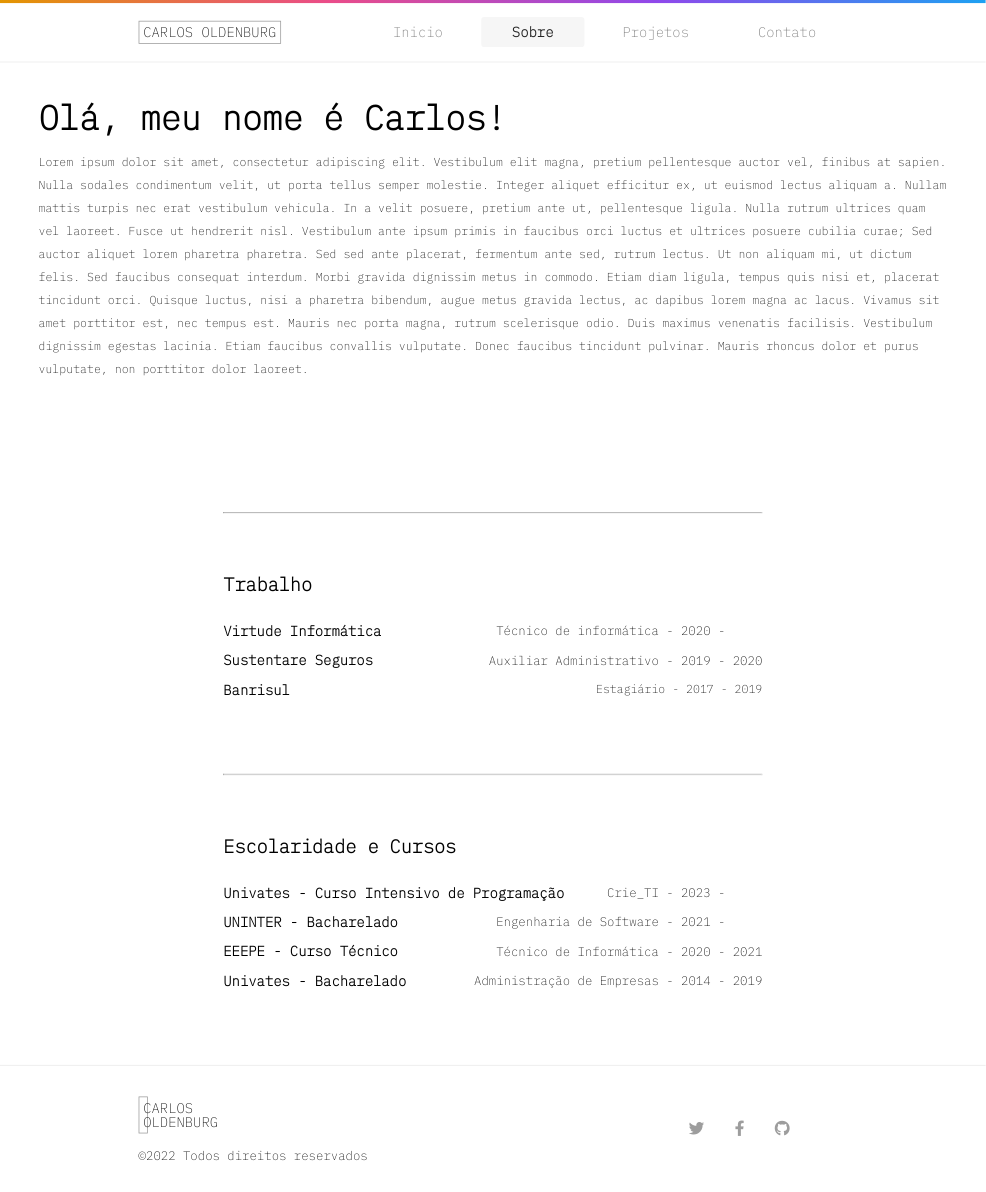
Repository: Carolden/PortfolioCrie
Page: sobre.html
These files come from the project's save history. The page is drawn as it stood at one moment and after the next save; the edit follows.
The browser window is 1280 px wide. The pictures show the whole page, at 77% of full size.

Above is the page before, as saved 2023-05-25 08:31:37.

### sobre.html
<!DOCTYPE html>
<html lang="pt-BR">
<head>
    <meta charset="UTF-8">
    <meta http-equiv="X-UA-Compatible" content="IE=edge">
    <meta name="viewport" content="width=device-width, initial-scale=1.0">
    <title>Carlos Eduardo Oldenburg</title>

    <link rel="stylesheet" href="styles/base/reset.css">
    <link rel="stylesheet" href="styles/base/body.css">
    <link rel="stylesheet" href="styles/layout/container.css">
    <link rel="stylesheet" href="styles/layout/footer.css">
    <link rel="stylesheet" href="styles/layout/header.css">
    <link rel="stylesheet" href="styles/layout/index__section.css">
    <link rel="stylesheet" href="styles/components/about__text.css">
    <link rel="stylesheet" href="styles/components/header__a.css">
    <link rel="stylesheet" href="styles/components/header__nav.css">
    <link rel="stylesheet" href="styles/components/hr.css">
    <link rel="stylesheet" href="styles/components/name__box.css">
    <link rel="stylesheet" href="styles/components/project__index.css">
    <link rel="stylesheet" href="styles/components/section__contact.css">
    <link rel="stylesheet" href="styles/components/section__image.css">
    <link rel="stylesheet" href="styles/components/section__p.css">
    <link rel="stylesheet" href="styles/components/section__title.css">
    <link rel="stylesheet" href="styles/components/work.css">
    <link rel="stylesheet" href="sobre.html">

    <link rel="preconnect" href="https://fonts.googleapis.com">
    <link rel="preconnect" href="https://fonts.gstatic.com" crossorigin>
    <link href="https://fonts.googleapis.com/css2?family=IBM+Plex+Mono:wght@200&family=Open+Sans:wght@800&display=swap" rel="stylesheet">
    <link rel="stylesheet" href="https://cdnjs.cloudflare.com/ajax/libs/font-awesome/6.4.0/css/all.min.css">

</head>
<body>

    <header class="header">

        <div class="name__container">
            <h2 class="name__box">CARLOS OLDENBURG</h2>
        </div>

        <nav class="header__nav">
            <a href="index.html" class="header__a">Inicio</a>
            <a href="sobre.html" class="header__a active"> Sobre</a>
            <a href="projetos.html" class="header__a">Projetos</a>
            <a href="#" class="header__a">Contato</a>
        </nav>

    </header>

    <section>

        <div class="about__text">

        <h1 class="section__title section--align">Olá, meu nome é Carlos!</h1>
        <p class="section__p about--p">Lorem ipsum dolor sit amet, consectetur adipiscing elit. Vestibulum elit magna, pretium pellentesque auctor vel, finibus at sapien. Nulla sodales condimentum velit, ut porta tellus semper molestie. Integer aliquet efficitur ex, ut euismod lectus aliquam a. Nullam mattis turpis nec erat vestibulum vehicula.

            In a velit posuere, pretium ante ut, pellentesque ligula. Nulla rutrum ultrices quam vel laoreet. Fusce ut hendrerit nisl. Vestibulum ante ipsum primis in faucibus orci luctus et ultrices posuere cubilia curae; Sed auctor aliquet lorem pharetra pharetra. Sed sed ante placerat, fermentum ante sed, rutrum lectus. Ut non aliquam mi, ut dictum felis.

            Sed faucibus consequat interdum. Morbi gravida dignissim metus in commodo. Etiam diam ligula, tempus quis nisi et, placerat tincidunt orci. Quisque luctus, nisi a pharetra bibendum, augue metus gravida lectus, ac dapibus lorem magna ac lacus. Vivamus sit amet porttitor est, nec tempus est.

            Mauris nec porta magna, rutrum scelerisque odio. Duis maximus venenatis facilisis. Vestibulum dignissim egestas lacinia. Etiam faucibus convallis vulputate. Donec faucibus tincidunt pulvinar. Mauris rhoncus dolor et purus vulputate, non porttitor dolor laoreet.</p>

        </div>

    </section>

    <hr class="hr">

    <section class="work">

        <h2 class="work__title">Trabalho</h2>

        <div class="work__container">
            <h3 class="work__subtitle">Virtude Informática</h3>
            <p>Técnico de informática   -   2020 -&emsp;&emsp;&emsp;</p>
        </div>

        <div class="work__container">
            <h3 class="work__subtitle">Sustentare Seguros</h3>
            <p>Auxiliar Administrativo   -   2019 - 2020</p>
        </div>

        <div class="work__container">
            <h3 class="work__subtitle">Banrisul</h3>
            <p class="work__p">Estagiário   -   2017 - 2019</p>
        </div>

    </section>

    <hr class="hr">

    <section class="work">

        <h2 class="work__title">Escolaridade e Cursos</h2>

        <div class="work__container">
            <h3 class="work__subtitle">Univates - Curso Intensivo de Programação</h3>
            <p>Crie_TI   -   2023 -&emsp;&emsp;&emsp;</p>
        </div>

        <div class="work__container">
            <h3 class="work__subtitle">UNINTER - Bacharelado</h3>
            <p>Engenharia de Software   -   2021 -&emsp;&emsp;&emsp;</p>
        </div>

        <div class="work__container">
            <h3 class="work__subtitle">EEEPE - Curso Técnico</h3>
            <p>Técnico de Informática   -   2020 - 2021</p>
        </div>

        <div class="work__container">
            <h3 class="work__subtitle">Univates - Bacharelado</h3>
            <p>Administração de Empresas   -   2014 - 2019</p>
        </div>

    </section>

    <footer class="footer">

        <div class="name__container footer__column">

            <h2 class="name__box name--footer">CARLOS OLDENBURG</h2>
            <p class="footer__p">©2022 Todos direitos reservados</p>

        </div>

        <div class="footer__column footer__icons">

            <i class="fa-brands fa-twitter contact__icon"></i>
            <i class="fa-brands fa-facebook-f contact__icon"></i>
            <i class="fa-brands fa-github contact__icon"></i>

        </div>

    </footer>

</body>
</html>

### styles/base/body.css
body {
    font-family: 'IBM Plex Mono', monospace;
    overflow-y: scroll;
}

### styles/layout/container.css
.container {
    padding: 0 290px 0 290px;
}

### styles/layout/footer.css
.footer {
    display: flex;
    box-sizing: border-box;
    align-items: center;
    border-top: 1px solid #EAEAEA;
    margin-top: 80px;
    align-items: center;
}

.name--footer {
    margin: 40px 550px 20px 180px;
}

footer p {
    margin: 0 0 40px 180px;
}

.footer__column {
    width: 50%;
}

.footer__icons {
    text-align: center;
}

### styles/layout/header.css
.header {
    display: flex;
    justify-content: space-between;
    height: 80px;
    width: 100%;
    left: 0px;
    top: 4px;
    border-radius: 0px;
    box-sizing: border-box;
    /* position: absolute; */
    align-items: center;
    border-top: 4px;
    border-image: linear-gradient(to right, #E39600, #EA4C89, #8F48EB, #1DA1F2) 1;
    border-style: solid;
}

### styles/layout/index__section.css
.index__section {
    display: flex;
    flex-direction: column;
    align-items: center;
    border-top: 1px solid #EAEAEA;
    padding: 80px 0 50px 0;
}

### styles/components/about__text.css
.about__text {
    /* display: flex; */
    /* padding: 80px 290px 0 290px; */
    padding: 50px;
    align-items: left;
    flex-direction: column;
    border-top: 1px solid #EAEAEA;
}

### styles/components/header__a.css
.header__a {
    padding: 40px;
    text-decoration: none;
    color: #6C6C6C;
    font-size: 18px;
}

.active {
    color: #242424;
    font-weight: 600;
    background: #F6F6F6;
    border-radius: 4px;
    padding-top: 8px;
    padding-bottom: 8px;
}

### styles/components/header__nav.css
.header__nav {
    margin-right: 180px;
}

### styles/components/hr.css
.hr {
    margin: 80px 290px 80px 290px;
    color: #EAEAEA;
}

### styles/components/name__box.css
.name__box {
    border: 1px solid #9D9D9D;
    padding: 5px;
    margin-left: 180px;
    font-size: 18px;
}

### styles/components/project__index.css
.project__h2 {
    padding-bottom: 80px;
    font-size: 24px;
    font-weight: 600;
}

.project__index {
    border: 1px solid #EAEAEA;
    margin: 0 290px 20px 290px;
    display: flex;
    background-color: #FAFAFA;
}

.project__icon {
    font-size: 80px;
    padding: 40px 20px 40px 40px;
    color: #E39600;
}

.project__h3 {
    font-size: 18px;
    font-weight: 600;
    padding: 40px 0 20px 20px;
}

.project__p {
    padding: 0 40px 40px 20px;
}

.icon--color--pink {
    color: #EA4C89;
}

### styles/components/section__contact.css
.section__contact {
    display: flex;
    margin: 0 280px 0 280px;
    align-items: center;
}

.contact__icon {
    padding: 15px;
    font-size: 20px;
    color: #9D9D9D;
}

.contact__button {
    text-decoration: none;
    padding-left: 15px;
    color: #363636;
    font-weight: 600;
    font-size: 15px;
    border: 1px solid #EAEAEA;
    border-radius: 20px;
    background: #FAFAFA;
    padding: 10px 15px;
    margin-left: 15px;
}

### styles/components/section__image.css
.section__image {
    width: 800px;
    height: 800px;
    padding: 40px 0 55px 0;

}

### styles/components/section__p.css
.section__p {
    font-size: 15px;
    font-weight: 400;
    line-height: 30px;
    letter-spacing: 0em;
    text-align: left;
    margin: 0 280px 0 280px;
}

.about--p {
    margin: 0;
    padding-bottom: 40px;
}

### styles/components/section__title.css
.section__title {
    font-size: 44px;
    font-weight: 600;
}

.section--align {
    text-align: left;
    padding-bottom: 20px;
}

### styles/components/work.css
.work__title {
    font-size: 24px;
    font-weight: 600;
    padding-bottom: 40px;
}

.work__container {
    display: flex;
    justify-content: space-between;
    padding-bottom: 20px;
}

.work {
    margin-left: 290px;
    margin-right: 290px;
}

.work__subtitle {
    font-size: 18px;
    font-weight: 600;
}

.work__p {
    font-size: 15px;
    font-weight: 400;
}

Loaded but not shown: styles/base/reset.css (common file)

After the next save:
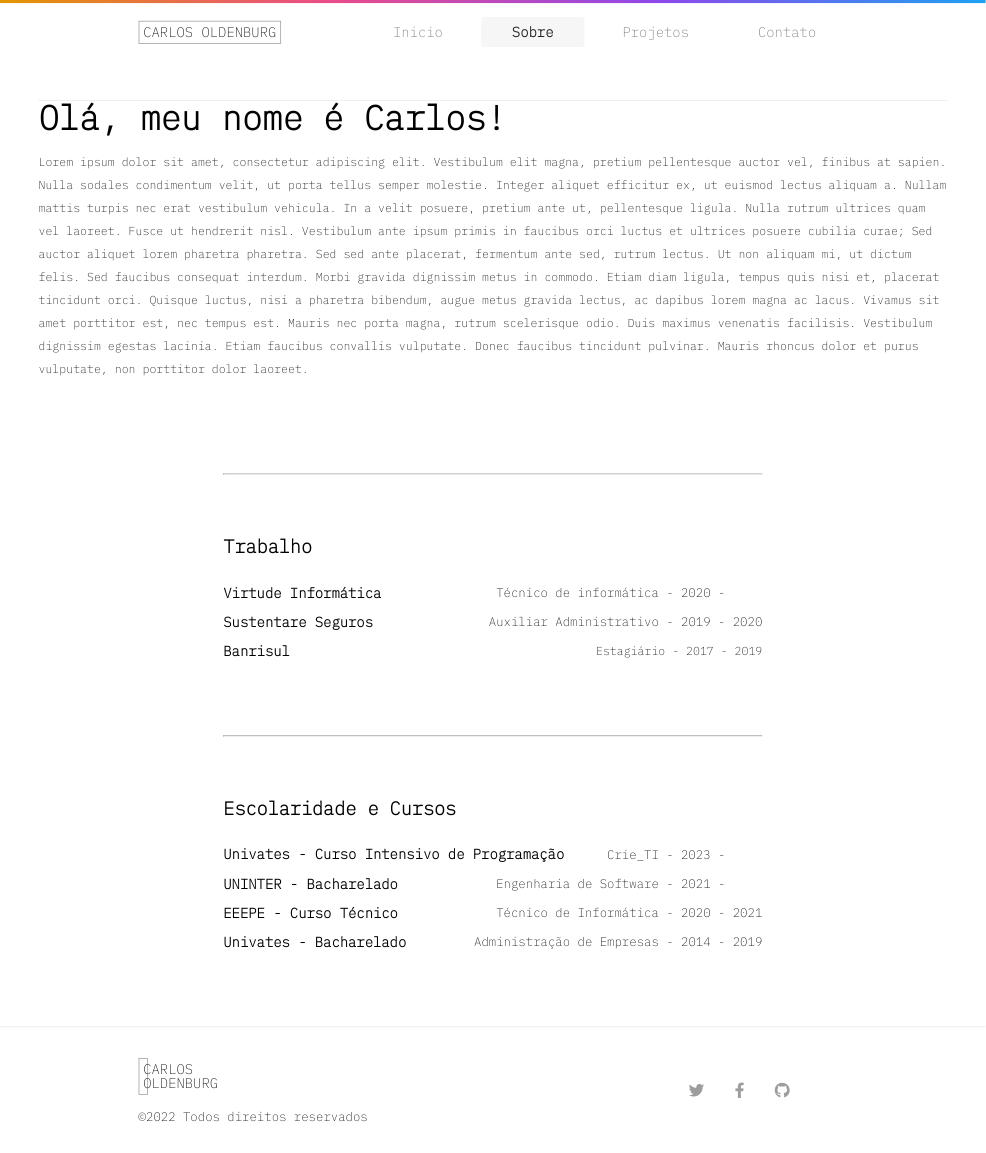
Saved 6 s later.
--- a/styles/components/about__text.css
+++ b/styles/components/about__text.css
@@ -1,7 +1,7 @@
 .about__text {
     /* display: flex; */
     /* padding: 80px 290px 0 290px; */
-    padding: 50px;
+    margin: 50px;
     align-items: left;
     flex-direction: column;
     border-top: 1px solid #EAEAEA;
